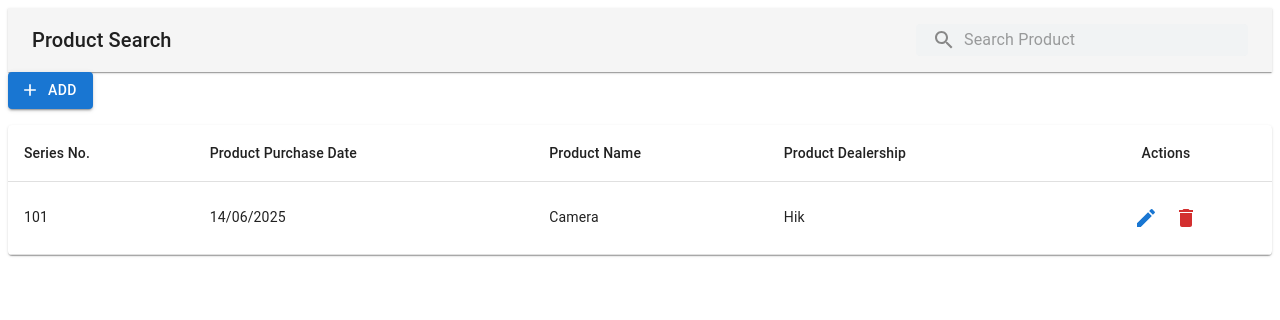
Repository: Sharathguru/Product_Task
Page: / (app in Frontend/)
These files come from the project's save history. The page is drawn as it stood at one moment and after the next save; the edit follows.
The browser window is 1280 px wide. The pictures show the whole page.
The project was rebuilt for these pictures with package versions that can differ from the ones it lists, and the page was loaded fresh each time. Requests to the local data server were answered from the project's data file. Also part of the build but not shown: Frontend/vite.config.js, Frontend/src/index.css, Frontend/src/Pages/Insert.jsx, Frontend/src/Pages/Update.jsx, Frontend/src/Pages/Delete.jsx.

Above is the page before, as saved 2025-06-13 15:46:19.

After the next save:
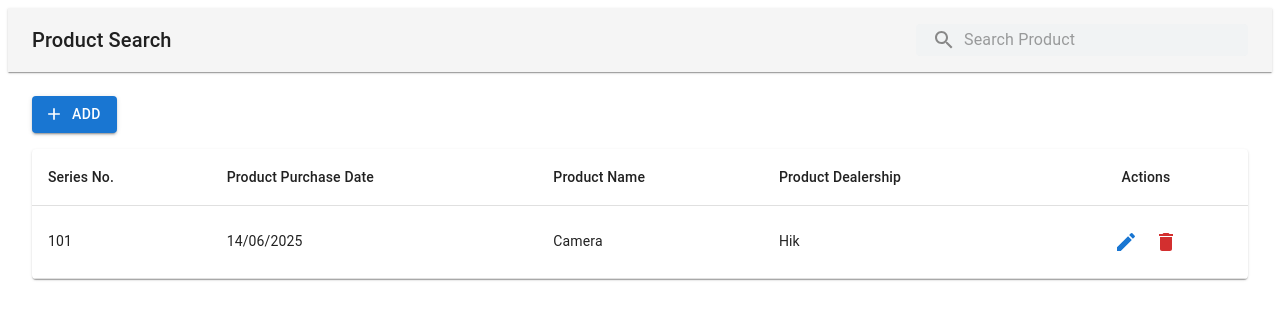
Saved 8 s later.
--- a/Frontend/src/Pages/Fetch.jsx
+++ b/Frontend/src/Pages/Fetch.jsx
@@ -63,7 +63,7 @@ const Fetch = ({ search }) => {
   );
 
   return (
-    <Box sx={{ p: -7 }}>
+    <Box sx={{ p: 3 }}>
       <Box sx={{ display: "flex", alignItems: "center", mb: 2 }}>
         <Button
           variant="contained"
